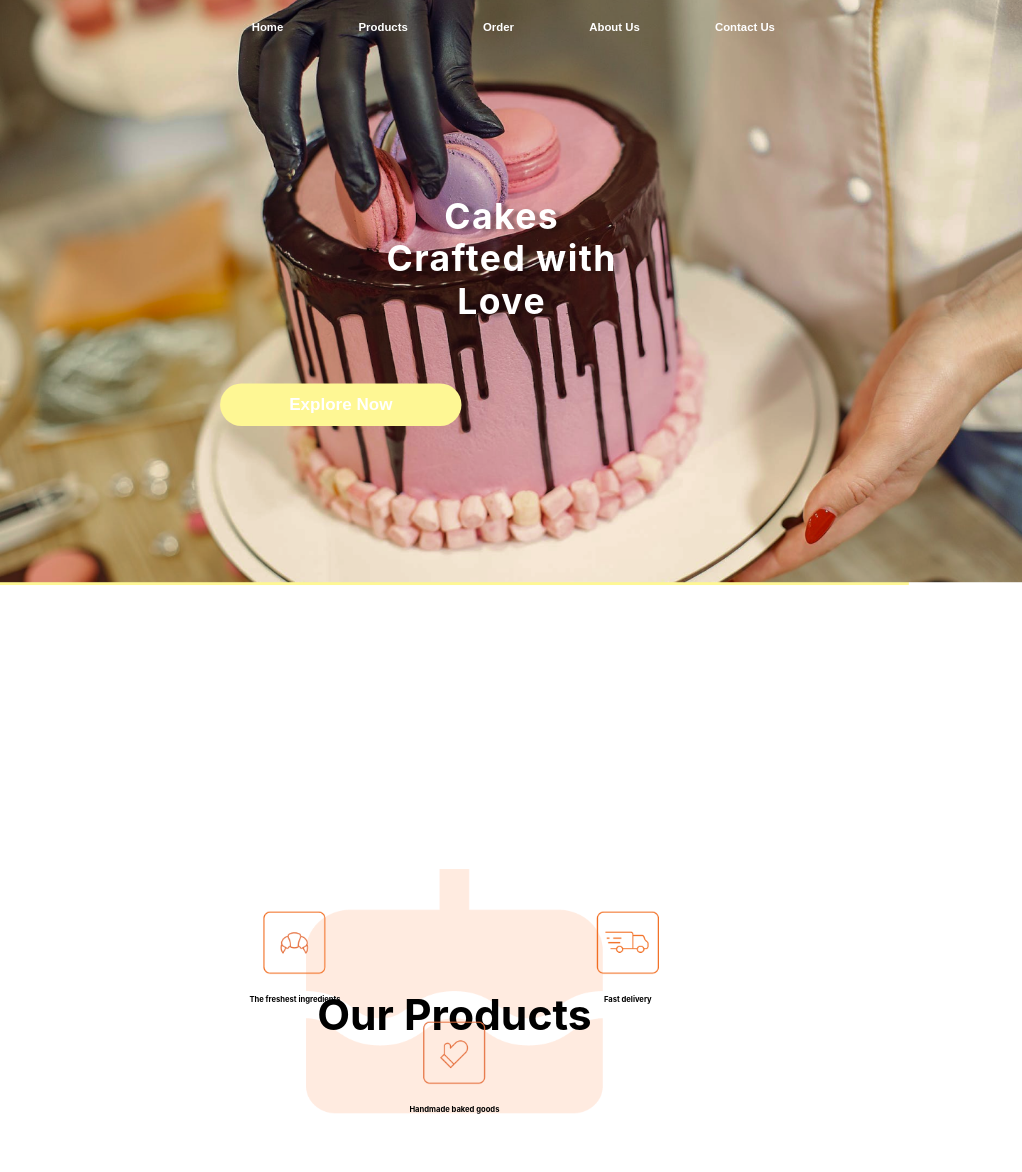
Repository: MEROO1010/cake-box
Page: /
These files come from the project's save history. The page is drawn as it stood at one moment and after a run of saves; the edit follows.
The browser window is 1280 px wide. The page is 1440 px wide, so the pictures cover 1440 px, including what lies to the right of the window. The pictures show the whole page, at 71% of full size.
The project was rebuilt for these pictures with package versions that can differ from the ones it lists, and the page was loaded fresh each time.

Above is the page before, as saved 2023-11-09 12:25:34.

### src/App.js
import './App.css';
import HomePage from './components/HomePage';
import Products from './components/Products';

function App() {
  return (
    <div className="App">
      <HomePage/>
      <Products/>
    </div>
  );
}

export default App;

### src/components/HomePage.jsx
import React from 'react';
import homePageImage from '../images/HomePage.png';
import logo from '../images/cake box.png'
import styled from 'styled-components';

const HomePage = () => {
  return (
    <Container>
      <IMAGE>
        <img src={homePageImage} alt='Home Page' />
      </IMAGE>

      {/*add the logo*/}
      <LOGO>
        <img src={logo} alt="logo design" />
      </LOGO>

      {/*Add the header*/}
      <ListWrapper>
      <ul>
        <ListItem>
          <ListLink href="#">Home</ListLink>
        </ListItem>
        <ListItem>
          <ListLink href="#">Products</ListLink>
        </ListItem>
        <ListItem>
          <ListLink href="#">Order</ListLink>
        </ListItem>
        <ListItem>
          <ListLink href="#">About Us</ListLink>
        </ListItem>
        <ListItem>
          <ListLink href="#">Contact Us</ListLink>
        </ListItem>
      </ul>
    </ListWrapper>


      {/*Add the h1*/}
      <MainTitle>
      <div>
        <h1>Cakes Crafted with Love</h1>
      </div>
      </MainTitle>

      {/*Add the Button*/}
      <ExploreNow>
        <button>Explore Now</button>
      </ExploreNow>
    </Container>
  );
};

export default HomePage;

const Container = styled.div`
`

const IMAGE = styled.div`
 max-width:100%;
 width: 100%;
 height: 100%;
 background-size: cover;
 background-position: center;
 background-repeat: no-repeat;
 background-color:#FEF794;
`

const LOGO = styled.div `
   position: absolute;
  top: 16px;
  right: 860px;
  padding-left:40px;
  width: 1015px;
  height: 519px;
  object-fit: cover;
`

const ListWrapper = styled.div`
  font-family: Arial, sans-serif;
  font-weight: bold;
  margin: 0;
  padding: 0;
  position: absolute;
  top: 0;
  left: 0;
  width: 100%;
`;

const ListItem = styled.li`
  list-style: none;
  display: inline-block;
  margin-right: 80px;
  padding-left:6px;
  top:14px;
  left:100px;
  position: relative;
`;

const ListLink = styled.a`
  text-decoration: none;
  color: #fff;
  padding: 5px 10px;


  &:hover {
    color: #FEF794;
  }
`;

const MainTitle = styled.div `
position: absolute;
  top: 240px;
  left: 533px;
  font-size: 25px;
  letter-spacing: 0.08em;
  font-weight: 800;
  color: #fff;
  display: inline-block;
  width: 347px;
  text-shadow: 9px 4px 4px rgba(0, 0, 0, 0.25);

`

const ExploreNow = styled.div`
  button{
    position: absolute;
    margin:500px 620px ;
    top:40px;
    right:10px;
    color:black;
    width:340px;
    height:60px;
    border-radius:40px;
    background-color:#FEF794;
    border:none;
    font-size:24px;
    font-weight:bold;
    color:white;
    cursor: pointer;
  }
`;

### src/components/Products.jsx
import React from 'react'
import styled from 'styled-components';
import CAKEVECTOR from '../images/cake_vector.png'
import CROISSANT from '../images/croissant.png'
import CAR from '../images/car.png'
import GLAVES from '../images/glaves.png'



const Products = () => {
  return (
    <Container>
      <CakeVector>
         <img src={CAKEVECTOR} alt=''/>
         <h1>Our Products</h1>
      </CakeVector>

      <FirstList>
        <ul>
            <li>
                <img src={CROISSANT} alt=''/>
                <h6>The freshest ingredients</h6>
            </li>

            <li>
                <img src={CAR} alt=''/>
                <h6>Fast delivery</h6>
            </li>

            <li>
                <img src={GLAVES} alt=''/>
                <h6>Handmade baked goods</h6>
            </li>
        </ul>
      </FirstList>
    </Container>
  )
}

export default Products;


const Container = styled.div`
`

const CakeVector = styled.div`
  img{
    position: relative;
    top: 400px;
  }

  h1{
    position: relative;
    font-size:60px;
    top:180px;
  }

`

const FirstList = styled.div `
  li{
    position:relative;
    list-style: none;
  display: inline-block;
  margin-left:60px;
  padding-left:300px;
  right:200px;
  bottom:40px;
  }
`

Loaded but not shown: public/index.html (common file); src/index.js (common file); src/index.css (common file); src/App.css (common file)

After the next 2 saves:
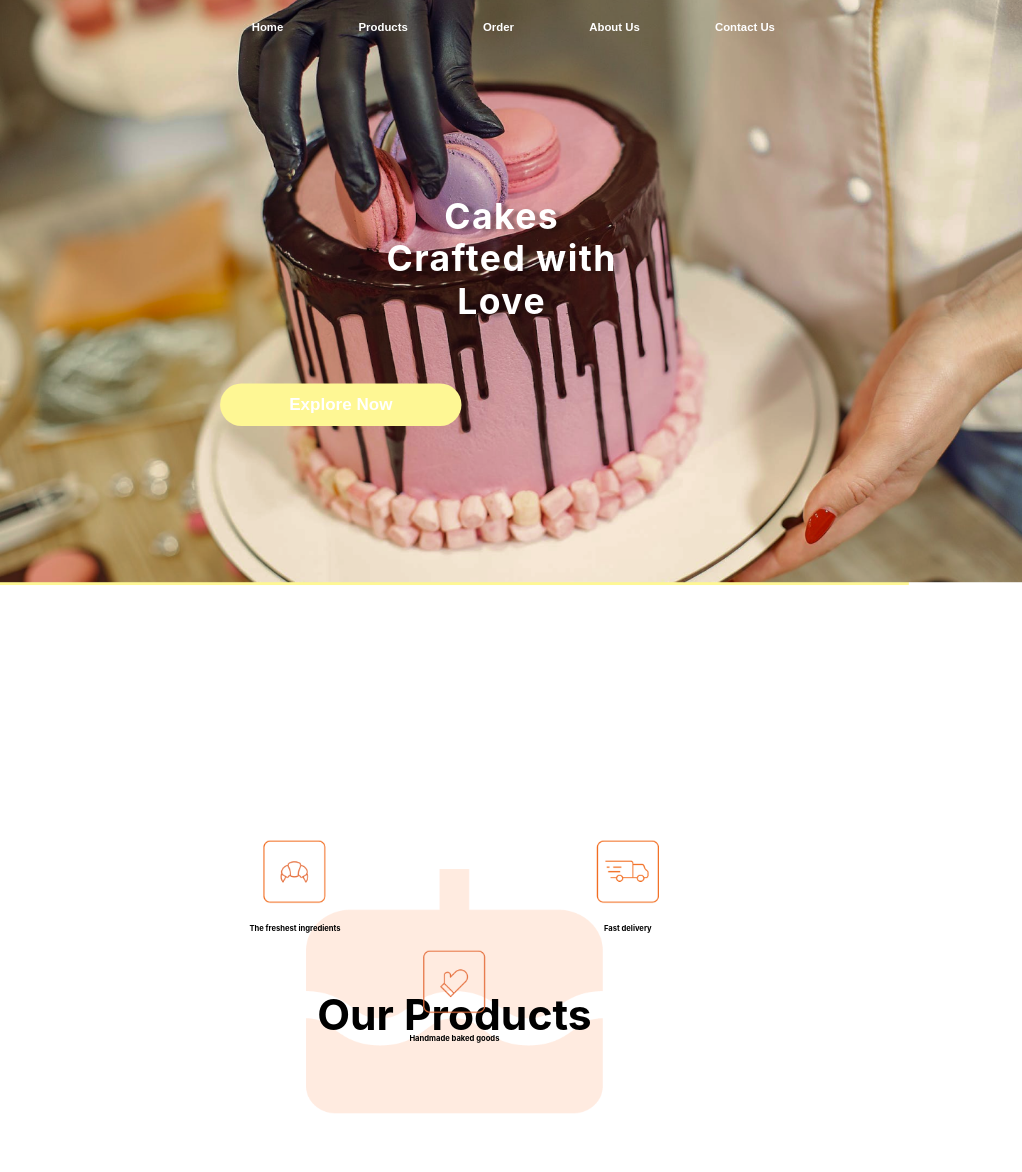
The 2 saves are shown as one change because they came seconds apart.
The last was saved 6 s later.
--- a/src/components/Products.jsx
+++ b/src/components/Products.jsx
@@ -65,6 +65,6 @@
   margin-left:60px;
   padding-left:300px;
   right:200px;
-  bottom:40px;
+  bottom:140px;
   }
 `
